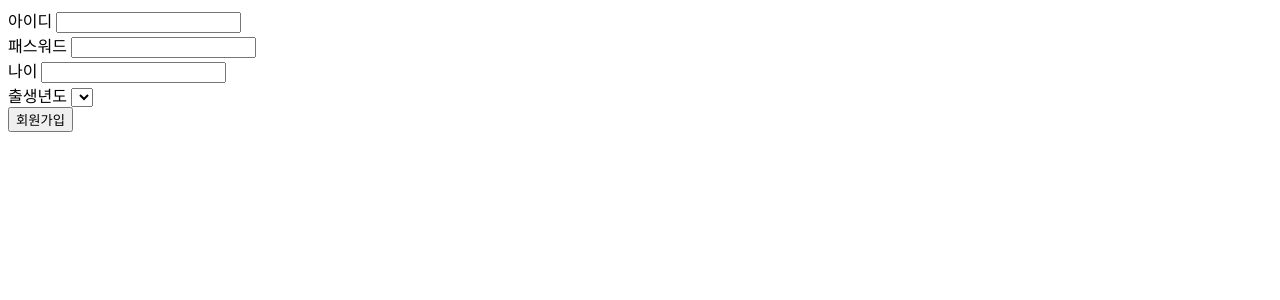
Repository: 2JISUN/hta-lecture-basic
Page: http://localhost/jsp03/insert.jsp
These files come from the project's save history. The page is drawn as it stood at one moment and after the next save; the edit follows.
The browser window is 1280 px wide. The pictures show the whole page.
The page is served by Tomcat 10.

Above is the page before, as saved 2023-09-15 07:30:09.

After the next save:
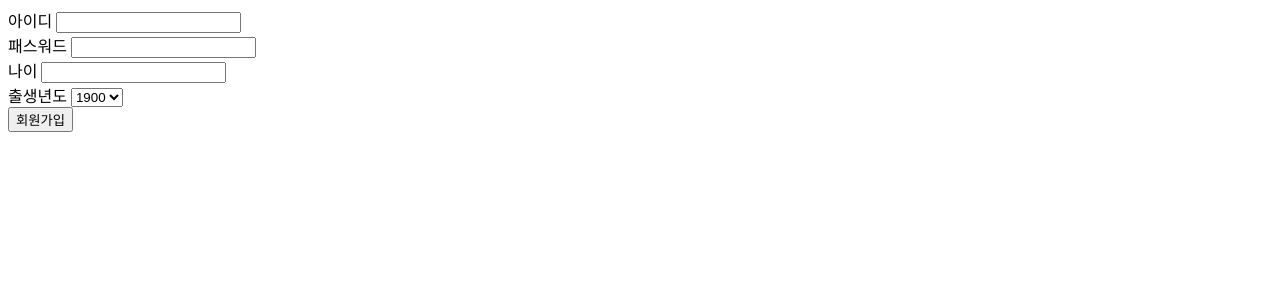
Saved 2 min 49 s later.
--- a/jsp-lecture/jsp03/src/main/webapp/insert.jsp
+++ b/jsp-lecture/jsp03/src/main/webapp/insert.jsp
@@ -28,10 +28,18 @@
         <div>
             <label>
                 <span>출생년도</span>
-                <select>
+                <select name="userBirthYear">
+                    <%
+                    // 현재 연도 구하기
+                    java.util.Calendar now = java.util.Calendar.getInstance();
+                    int currentYear = now.get(java.util.Calendar.YEAR);
 
+                    // 출생년도 옵션 생성
+                    for (int year = 1900; year <= currentYear; year++) {
+                    %>
+                    <option value="<%= year %>"><%= year %></option>
+                    <% } %>
                 </select>
-
             </label>
         </div>
         <button type="submit">회원가입</button>
